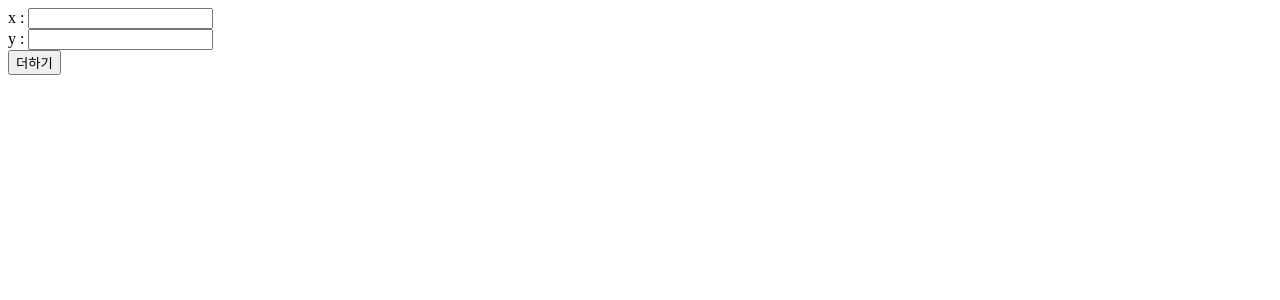
Repository: seoyeon0619/WebProgramming
Page: http://localhost/myhome2/JSP/calculator.jsp
An editor plug-in stored every save of this project. The page is shown before and after the next save, followed by the edit.
The browser window is 1280 px wide. The pictures show the whole page.
The page is served by Tomcat 9.

Above is the page before, as saved 2022-12-30 05:15:08.

After the next save:
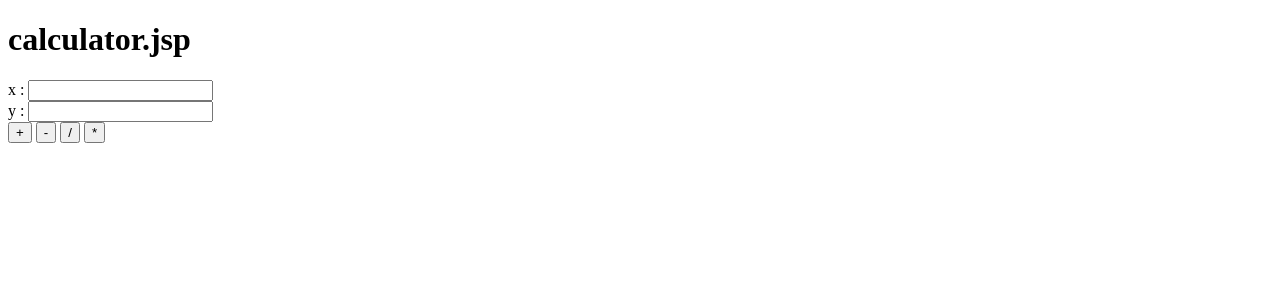
Saved 7 min 8 s later.
--- a/workspace1/myhome2/src/main/webapp/JSP/calculator.jsp
+++ b/workspace1/myhome2/src/main/webapp/JSP/calculator.jsp
@@ -7,11 +7,16 @@
 <title>Insert title here</title>
 </head>
 <body>
+	<h1>calculator.jsp</h1>
+
 	<form name="myform">
 		x : <input type="text" name="xvalue"/><br/>
 		y : <input type="text" name="yvalue"/><br/>
 
-		<button type="button" onclick="goSend()">더하기</button>
+		<button type="button" onclick="goSend('1')">+</button>
+		<button type="button" onclick="goSend('2')">-</button>
+		<button type="button" onclick="goSend('3')">/</button>
+		<button type="button" onclick="goSend('4')">*</button>
 	</form>
 </body>
 </html>
